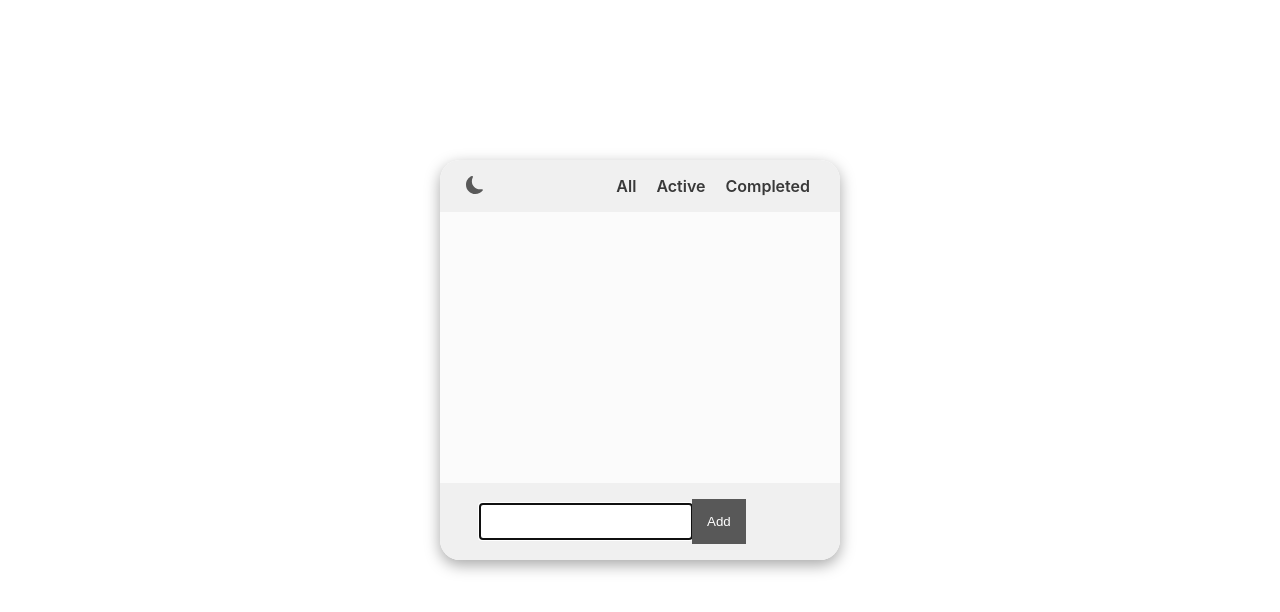
Repository: momo0170/react_todolist
Page: /
An editor plug-in stored every save of this project. The page is shown before and after the next save, followed by the edit.
The browser window is 1280 px wide. The pictures show the whole page.
The first visible `input` has the focus.
The project was rebuilt for these pictures with package versions that can differ from the ones it lists, and the page was loaded fresh each time. Also part of the build but not shown: src/css/Todo.module.css, src/components/Todo.jsx.

Above is the page before, as saved 2022-11-02 13:06:05.

After the next save:
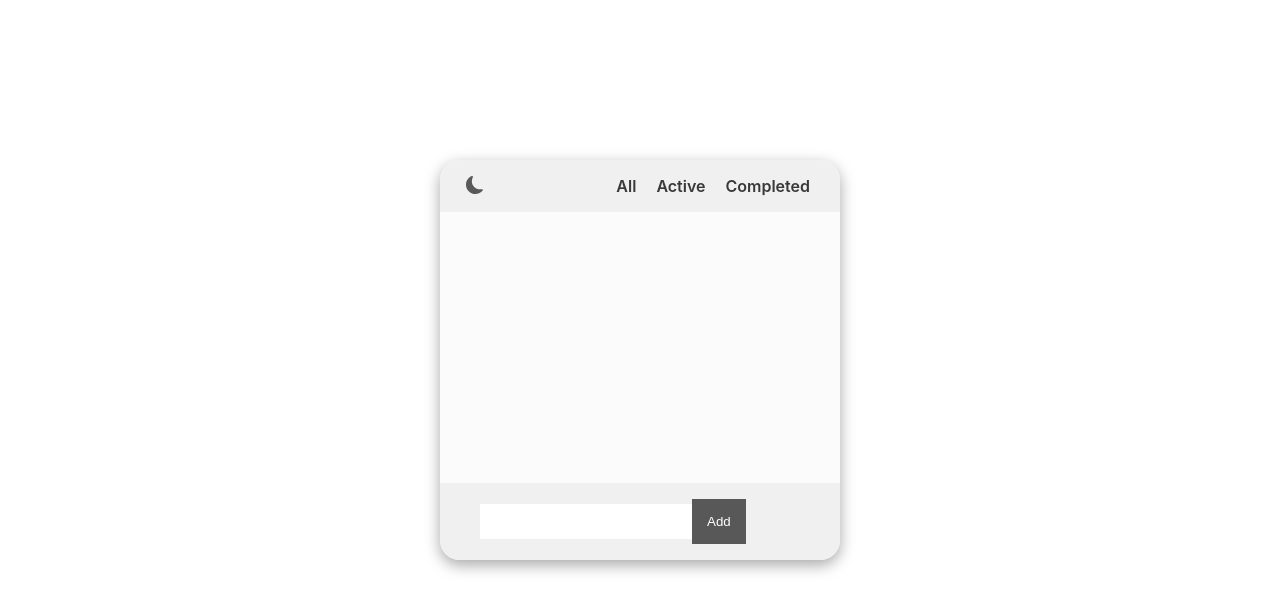
Saved 10 s later.
--- a/src/App.module.css
+++ b/src/App.module.css
@@ -55,7 +55,7 @@ input:focus::placeholder {
   color: transparent;
 }
 input:focus {
-  border: 0;
+  outline: 0;
 }
 .addBtn {
   border: 0;
